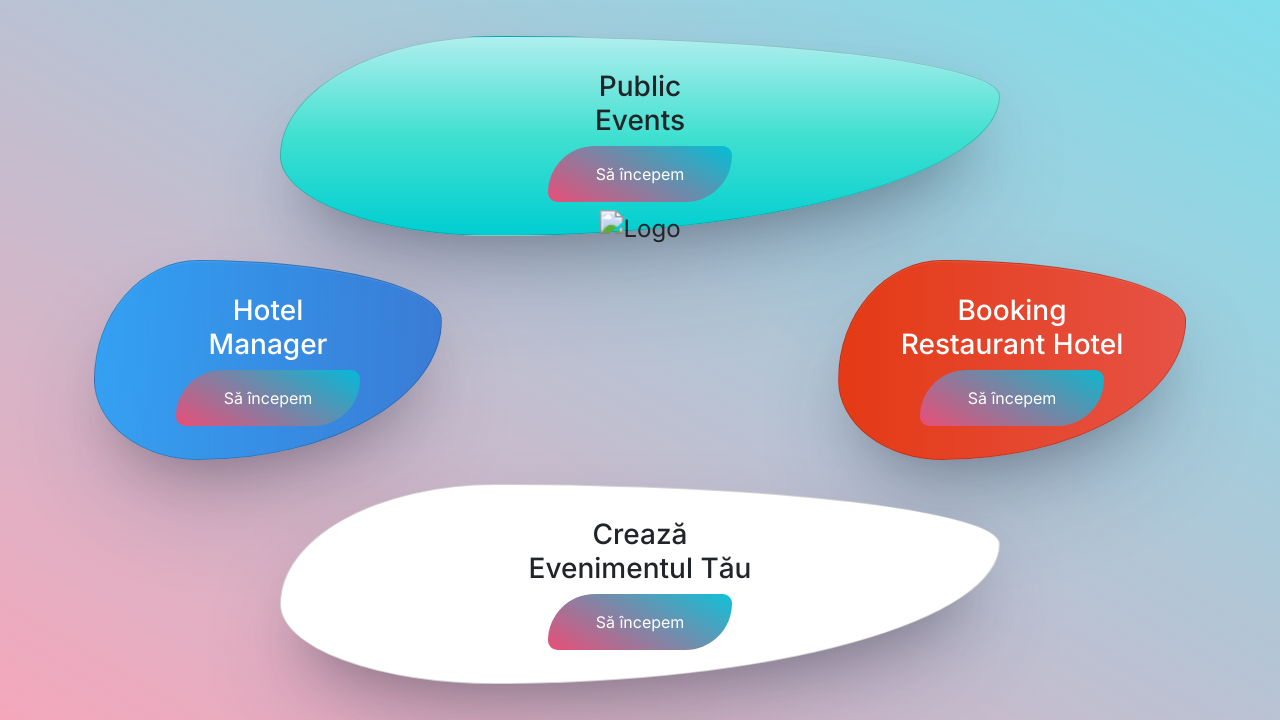
Repository: cosmin05072018/fantastic-events-manager
Page: http://localhost/
These files come from the project's save history. The page is drawn as it stood at one moment and after the next save; the edit follows.
The browser window is 1280 px wide. The pictures show the whole page.
The pointer rests on the first visible `.logo-img`.
The page is served by the project's Laravel application, run on PHP 8.4 with Laravel 10. Other server files are loaded and not shown.

Above is the page before, as saved 2024-11-03 15:22:44.
Console error: ReferenceError: particlesJS is not defined

### routes/web.php
<?php

use App\Http\Controllers\ProfileController;
use Illuminate\Support\Facades\Route;

/*
|--------------------------------------------------------------------------
| Web Routes
|--------------------------------------------------------------------------
|
| Here is where you can register web routes for your application. These
| routes are loaded by the RouteServiceProvider and all of them will
| be assigned to the "web" middleware group. Make something great!
|
*/

Route::get('/', function () {
    return view('startApp');
});

Route::get('/dashboard', function () {
    return view('dashboard');
})->middleware(['auth', 'verified'])->name('dashboard');

Route::middleware('auth')->group(function () {
    Route::get('/profile', [ProfileController::class, 'edit'])->name('profile.edit');
    Route::patch('/profile', [ProfileController::class, 'update'])->name('profile.update');
    Route::delete('/profile', [ProfileController::class, 'destroy'])->name('profile.destroy');
});

require __DIR__.'/auth.php';

### public/css/custom.css
@import url("https://fonts.googleapis.com/css2?family=Inter:ital,opsz,wght@0,14..32,100..900;1,14..32,100..900&family=Open+Sans:ital,wght@0,300..800;1,300..800&display=swap");

:root {
    --white: #ffffff;
    --public-events: linear-gradient(to bottom, #afeeee, #40e0d0, #00ced1);
    --hotel-manager: linear-gradient(to right, #0099ffc0, #3a7bd5);
    --booking: linear-gradient(to right, #e43a15, #e65245);
}

* {
    box-sizing: border-box;
    padding: 0;
    margin: 0;
    font-family: "Inter", sans-serif;
}

body {
    background-repeat: no-repeat;
    background-size: cover;
    background-image: linear-gradient(
        30deg,
        hsla(344, 78%, 61%, 0.5),
        hsla(187, 100%, 42%, 0.5)
    );
}

.card {
    border-radius: 30% 70% 70% 30% / 60% 30% 70% 40%;
    height: 200px !important;
    transition: 0.4s linear;
    box-shadow: rgba(255, 255, 255, 0.1) 0px 1px 1px 0px inset,
        rgba(50, 50, 93, 0.25) 0px 50px 100px -20px,
        rgba(0, 0, 0, 0.3) 0px 30px 60px -30px;
}

.logo-img {
    transition: 0.4s linear;
    transform: scale(1.4);
}

.logo-img:hover {
    transform: scale(1.5);
}

.card:hover {
    transform: scale(1.1);
}

.btns-first-page {
    border: 0px !important;
    background: linear-gradient(
        30deg,
        hsl(344, 78%, 61%),
        hsla(187, 100%, 42%, 0.942)
    );
    color: var(--white);
    border-radius: 50px 10px 50px 10px;
}

.btns-first-page a{
    color: var(--white);
    text-decoration: none !important;
}

.public-events {
    background: var(--public-events);
}

.hotel-manager {
    background: var(--hotel-manager);
}

.booking {
    background: var(--booking);
}

Loaded but not shown: routes/auth.php (common file); app/Http/Controllers/Auth/EmailVerificationPromptController.php (common file); app/Http/Controllers/Controller.php (common file); app/Http/Controllers/Auth/VerifyEmailController.php (common file); public/css/bootstrap.min.css (library); public/js/jquery.js (library); public/js/bootstrap.bundle.min.js (library); public/js/custom.js (133 lines, source omitted); resources/views/startApp.blade.php (927 lines, source omitted)

After the next save:
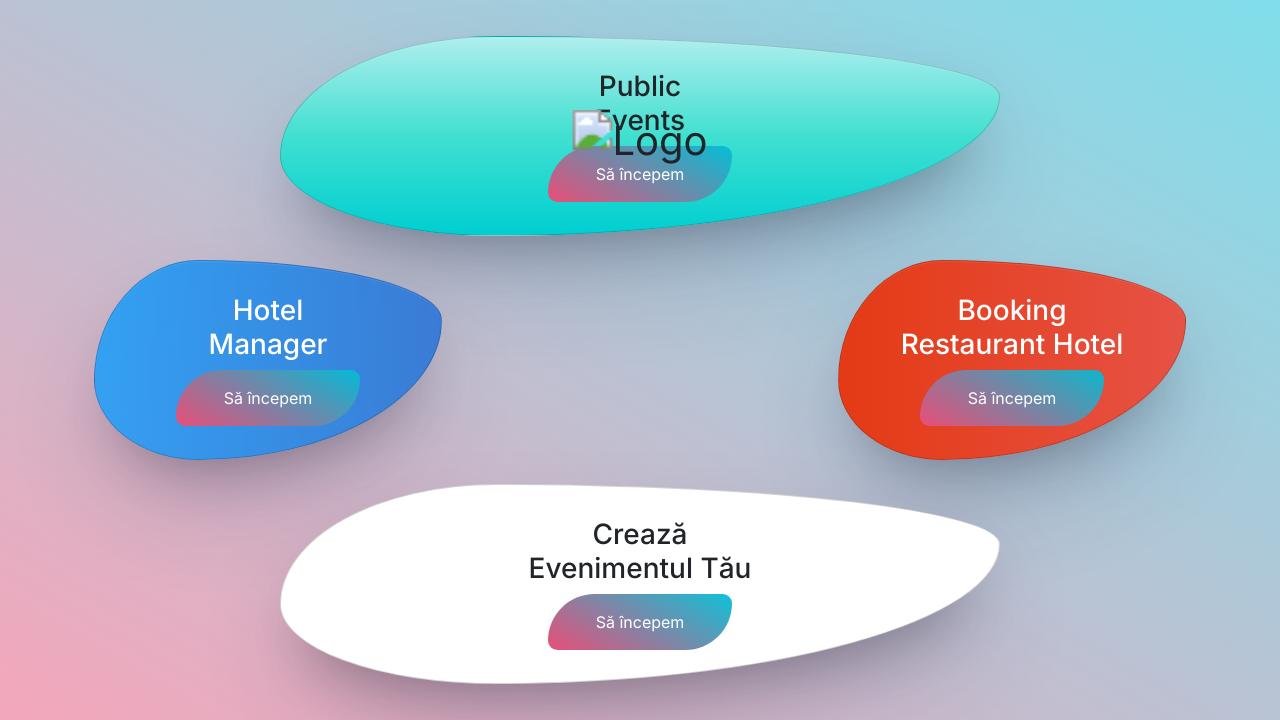
Saved 17 s later.
--- a/public/css/custom.css
+++ b/public/css/custom.css
@@ -39,7 +39,7 @@ body {
 }
 
 .logo-img:hover {
-    transform: scale(1.5);
+    transform: scale(2.5);
 }
 
 .card:hover {
